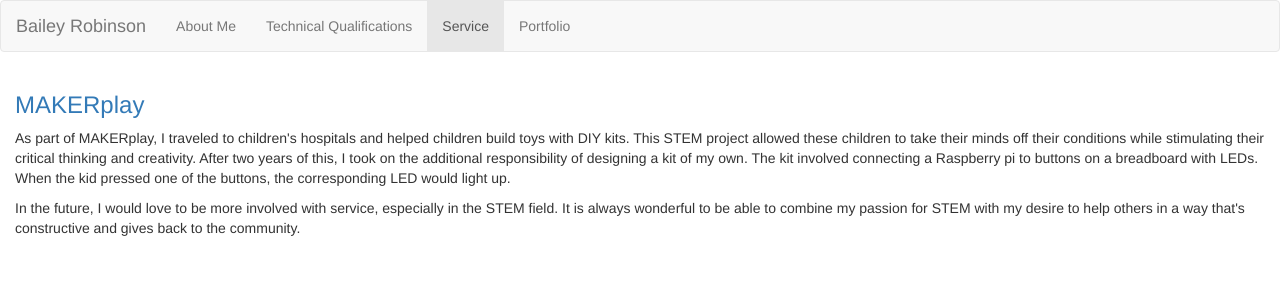
Repository: baileyjrob/personal_website
Page: service.html
The author's editor kept a copy of each file at every save. The page is drawn from the files as they stood at one save, then again after the next save.
The browser window is 1280 px wide. The pictures show the whole page.

Above is the page before, as saved 2022-04-20 13:26:47.

### service.html
<!DOCTYPE html>
<html lang=en>

<head>
  <title>Bailey Robinson</title>
  <meta charset="utf-8">
  <meta name="viewport" content="width=device-width, initial-scale=1">
  <!-- Latest compiled and minified CSS -->
  <link rel="stylesheet" href="https://maxcdn.bootstrapcdn.com/bootstrap/3.4.1/css/bootstrap.min.css">

  <!-- jQuery library -->
  <script src="https://ajax.googleapis.com/ajax/libs/jquery/3.5.1/jquery.min.js"></script>

  <!-- Latest compiled JavaScript -->
  <script src="https://maxcdn.bootstrapcdn.com/bootstrap/3.4.1/js/bootstrap.min.js"></script>
</head>

<body>
  <nav class="navbar navbar-default">
    <div class="container-fluid">
      <div class="navbar-header">
        <a class="navbar-brand" href="index.html">Bailey Robinson</a>
      </div>
      <ul class="nav navbar-nav">
        <li><a href="about.html">About Me</a></li>
        <li><a href="techqual.html">Technical Qualifications</a></li>
        <li class="active"><a href="service.html">Service</a></li>
        <li><a href="portfolio.html">Portfolio</a></li>
      </ul>
    </div>
  </nav>
  <div class="container-fluid">
    <h3 class="mt-0"><a href="https://makerplay.org/">MAKERplay</a></h3>
    <p>As part of MAKERplay, I traveled to children's hospitals and helped children build toys with DIY kits. This STEM
      project allowed these children to take their minds off their conditions while stimulating their critical thinking
      and creativity. After two years of this, I took on the additional responsibility of designing a kit of my own. The
      kit involved connecting a Raspberry pi to buttons on a breadboard with LEDs. When the kid pressed one of the
      buttons, the corresponding LED would light up.</p>

    <p> In the future, I would love to be more involved with service, especially in the STEM field. It is always
      wonderful
      to be able to combine my passion for STEM with my desire to help others in a way that's constructive and gives
      back
      to the community.</p>
  </div>
</body>

</html>

After the next save:
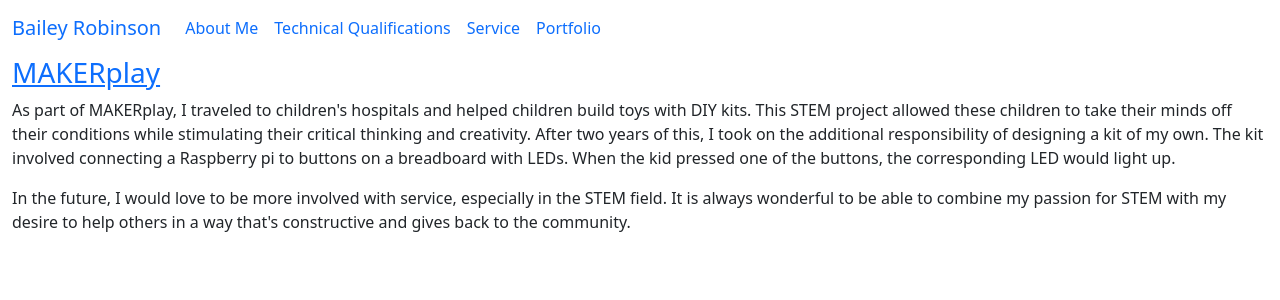
Saved 17 s later.
--- a/service.html
+++ b/service.html
@@ -2,47 +2,59 @@
 <html lang=en>
 
 <head>
-  <title>Bailey Robinson</title>
-  <meta charset="utf-8">
-  <meta name="viewport" content="width=device-width, initial-scale=1">
-  <!-- Latest compiled and minified CSS -->
-  <link rel="stylesheet" href="https://maxcdn.bootstrapcdn.com/bootstrap/3.4.1/css/bootstrap.min.css">
+    <title>Bailey Robinson</title>
+    <meta charset="utf-8">
+    <meta name="viewport" content="width=device-width, initial-scale=1">
+    <!-- Latest compiled and minified CSS -->
+    <link href="https://cdn.jsdelivr.net/npm/bootstrap@5.0.2/dist/css/bootstrap.min.css" rel="stylesheet"
+        integrity="sha384-EVSTQN3/azprG1Anm3QDgpJLIm9Nao0Yz1ztcQTwFspd3yD65VohhpuuCOmLASjC" crossorigin="anonymous">
 
-  <!-- jQuery library -->
-  <script src="https://ajax.googleapis.com/ajax/libs/jquery/3.5.1/jquery.min.js"></script>
+    <!-- jQuery library -->
+    <script src="https://ajax.googleapis.com/ajax/libs/jquery/3.5.1/jquery.min.js"></script>
 
-  <!-- Latest compiled JavaScript -->
-  <script src="https://maxcdn.bootstrapcdn.com/bootstrap/3.4.1/js/bootstrap.min.js"></script>
+    <!-- Latest compiled JavaScript -->
+    <script src="https://cdn.jsdelivr.net/npm/bootstrap@5.0.2/dist/js/bootstrap.bundle.min.js"
+        integrity="sha384-MrcW6ZMFYlzcLA8Nl+NtUVF0sA7MsXsP1UyJoMp4YLEuNSfAP+JcXn/tWtIaxVXM"
+        crossorigin="anonymous"></script>
 </head>
 
 <body>
-  <nav class="navbar navbar-default">
+    <nav class="navbar navbar-expand-lg">
+        <div class="container-fluid">
+            <a class="navbar-brand" href="index.html">Bailey Robinson</a>
+            <button class="navbar-toggler" type="button" data-bs-toggle="collapse"
+                data-bs-target="#navbarSupportedContent" aria-controls="navbarSupportedContent" aria-expanded="false"
+                aria-label="Toggle navigation">
+                <span class="navbar-toggler-icon"></span>
+            </button>
+            <div class="collapse navbar-collapse" id="navbarSupportedContent">
+                <ul class="navbar-nav me-auto mb-2 mb-lg-0">
+                    <li class="nav-item"><a class="nav-link" href="about.html">About Me</a></li>
+                    <li class="nav-item"><a class="nav-link" href="techqual.html">Technical Qualifications</a></li>
+                    <li class="nav-item"><a class="nav-link active" href="service.html">Service</a></li>
+                    <li class="nav-item"><a class="nav-link" href="portfolio.html">Portfolio</a></li>
+                </ul>
+            </div>
+        </div>
+    </nav>
     <div class="container-fluid">
-      <div class="navbar-header">
-        <a class="navbar-brand" href="index.html">Bailey Robinson</a>
-      </div>
-      <ul class="nav navbar-nav">
-        <li><a href="about.html">About Me</a></li>
-        <li><a href="techqual.html">Technical Qualifications</a></li>
-        <li class="active"><a href="service.html">Service</a></li>
-        <li><a href="portfolio.html">Portfolio</a></li>
-      </ul>
+        <h3 class="mt-0"><a href="https://makerplay.org/">MAKERplay</a></h3>
+        <p>As part of MAKERplay, I traveled to children's hospitals and helped children build toys with DIY kits. This
+            STEM
+            project allowed these children to take their minds off their conditions while stimulating their critical
+            thinking
+            and creativity. After two years of this, I took on the additional responsibility of designing a kit of my
+            own. The
+            kit involved connecting a Raspberry pi to buttons on a breadboard with LEDs. When the kid pressed one of the
+            buttons, the corresponding LED would light up.</p>
+
+        <p> In the future, I would love to be more involved with service, especially in the STEM field. It is always
+            wonderful
+            to be able to combine my passion for STEM with my desire to help others in a way that's constructive and
+            gives
+            back
+            to the community.</p>
     </div>
-  </nav>
-  <div class="container-fluid">
-    <h3 class="mt-0"><a href="https://makerplay.org/">MAKERplay</a></h3>
-    <p>As part of MAKERplay, I traveled to children's hospitals and helped children build toys with DIY kits. This STEM
-      project allowed these children to take their minds off their conditions while stimulating their critical thinking
-      and creativity. After two years of this, I took on the additional responsibility of designing a kit of my own. The
-      kit involved connecting a Raspberry pi to buttons on a breadboard with LEDs. When the kid pressed one of the
-      buttons, the corresponding LED would light up.</p>
-
-    <p> In the future, I would love to be more involved with service, especially in the STEM field. It is always
-      wonderful
-      to be able to combine my passion for STEM with my desire to help others in a way that's constructive and gives
-      back
-      to the community.</p>
-  </div>
 </body>
 
 </html>
